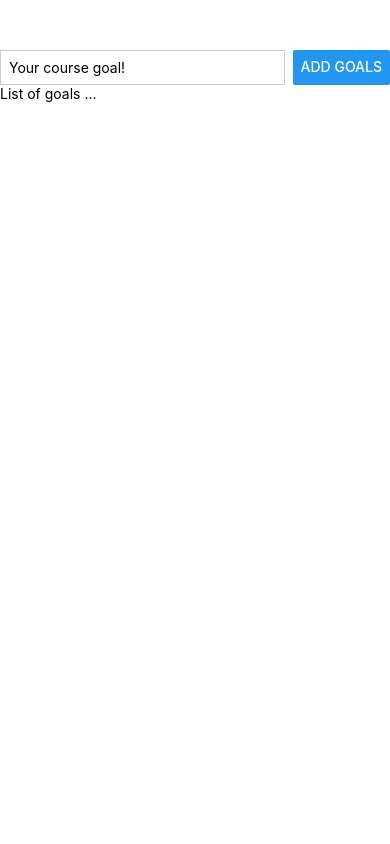
Repository: vanh1604/Todo-List
Screen: /
The author's editor kept a copy of each file at every save. The screen is drawn from the files as they stood at one save, then again after a run of saves.
The app was drawn by React Native's web renderer in a window 390 px wide. The project was rebuilt for these pictures with package versions that can differ from the ones it lists, and the page was loaded fresh each time.

Above is the screen before, as saved 2023-06-16 15:31:44.

### App.js
import { StyleSheet, Text, TextInput, View, Button } from "react-native";

export default function App() {
  return (
    <View style={styles.appContainer}>
      <View style={styles.inputContainer}>
        <TextInput
          style={styles.textInput}
          placeholder="Your course goal!"
        ></TextInput>
        <Button title="Add goals" />
      </View>
      <View>
        <Text>List of goals ...</Text>
      </View>
    </View>
  );
}

const styles = StyleSheet.create({
  appContainer: {
    paddingTop: 50,
  },
  inputContainer: {
    flexDirection: "row",
    justifyContent: "space-between",
  },
  textInput: {
    borderWidth: 1,
    borderColor: "#cccccc",
    width: "80%",
    marginRight: 8,
    padding: 8,
  },
});

After the next 2 saves:
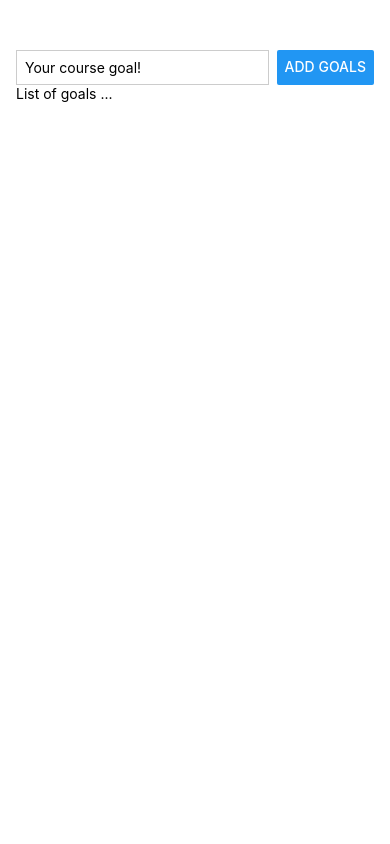
The 2 saves are shown as one change because 1 did not build or start.
The last was saved 16 s later.
--- a/App.js
+++ b/App.js
@@ -20,6 +20,7 @@ export default function App() {
 const styles = StyleSheet.create({
   appContainer: {
     paddingTop: 50,
+    paddingHorizontal: 16,
   },
   inputContainer: {
     flexDirection: "row",
